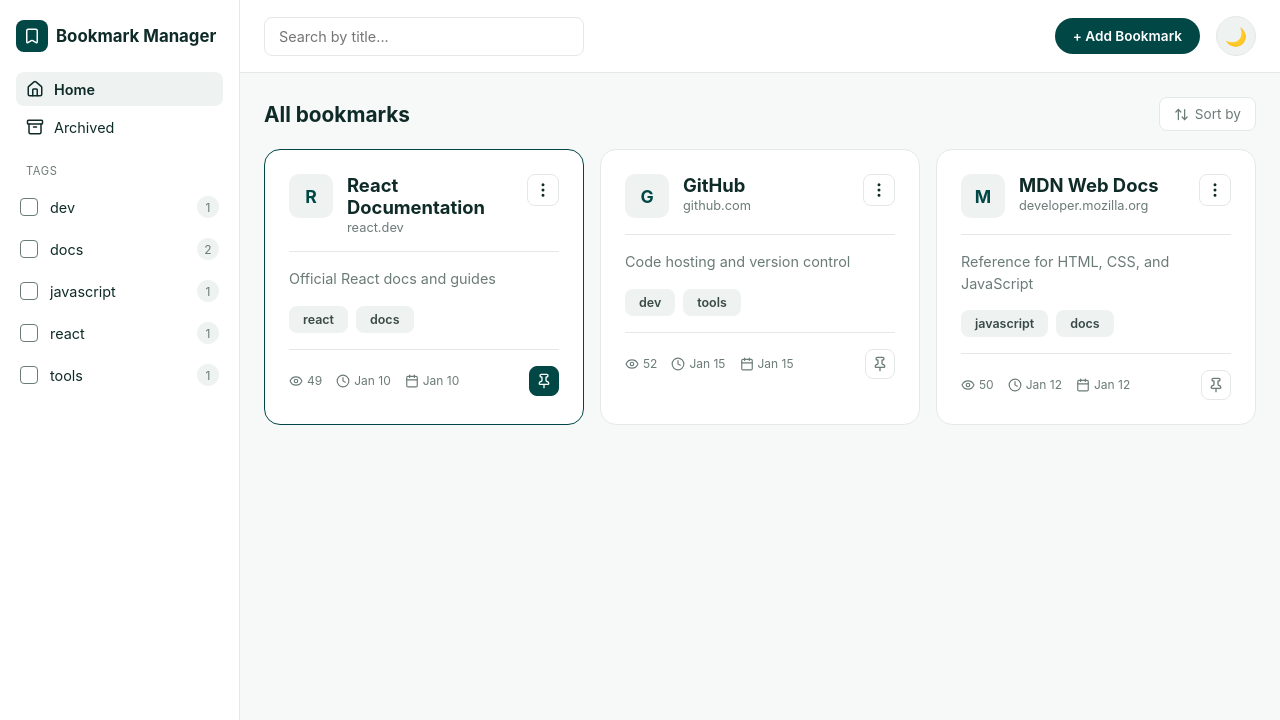
Repository: K0k1M4r/Big-Game-React
Page: /
An editor plug-in stored every save of this project. The page is shown before and after the next save, followed by the edit.
The browser window is 1280 px wide. The pictures show the whole page.
The project was rebuilt for these pictures with package versions that can differ from the ones it lists, and the page was loaded fresh each time. Also part of the build but not shown: vite.config.js, src/components/Modal.jsx, src/components/BookmarkForm.jsx, src/components/ConfirmModal.jsx.

Above is the page before, as saved 2026-10-02 19:32:41.

After the next save:
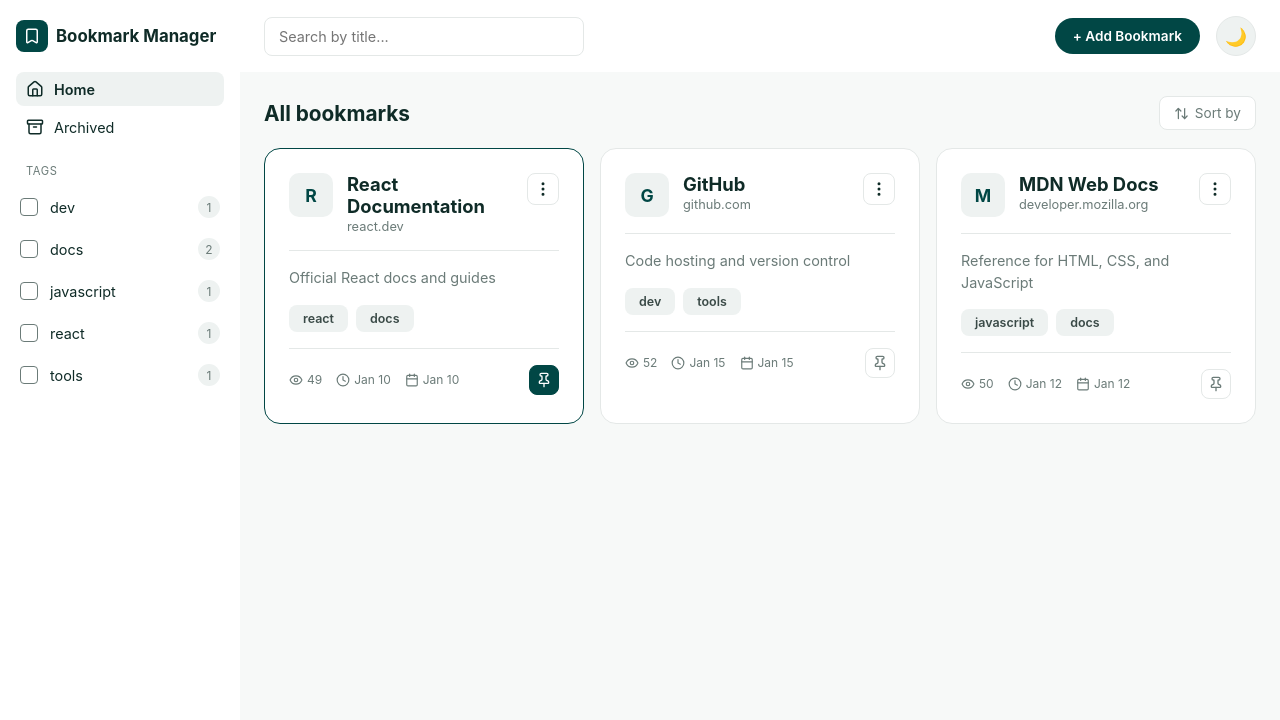
Saved 6 min 33 s later.
--- a/src/index.css
+++ b/src/index.css
@@ -126,7 +126,6 @@
   width: 240px;
   flex-shrink: 0;
   background-color: var(--sidebar-bg);
-  border-right: 1px solid var(--border-color);
   padding: 20px 16px;
   display: flex;
   flex-direction: column;
@@ -270,7 +269,6 @@
   align-items: center;
   gap: 16px;
   background-color: var(--header-bg);
-  border-bottom: 1px solid var(--border-color);
   padding: 16px 24px;
 }
 
@@ -565,13 +563,15 @@
   gap: 14px;
   font-size: 0.75rem;
   color: var(--muted-text);
+  height: 30px;
 }
 
 .meta-item {
   display: flex;
   align-items: center;
   gap: 4px;
-  line-height: 1;
+  height: 30px;
+  line-height: 30px;
 }
 
 .bookmark-meta svg,
@@ -593,6 +593,7 @@
   background: transparent;
   border: 1px solid var(--border-color);
   color: var(--muted-text);
+  flex-shrink: 0;
 }
 
 .pin-icon-btn.active {
